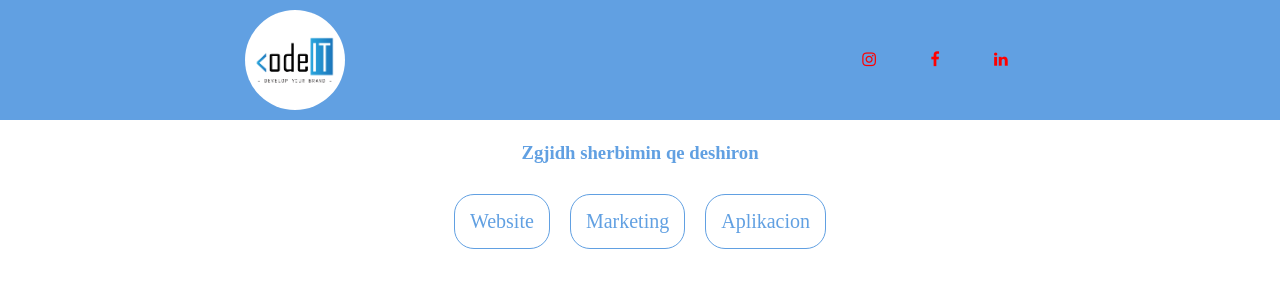
Repository: Edes2128/CODEIT-FINAL
Page: /
An editor plug-in stored every save of this project. The page is shown before and after a run of saves, followed by the edit.
The browser window is 1280 px wide. The pictures show the whole page.
The project was rebuilt for these pictures with package versions that can differ from the ones it lists, and the page was loaded fresh each time.

Above is the page before, as saved 2020-06-29 23:42:59.

After the next 3 saves:
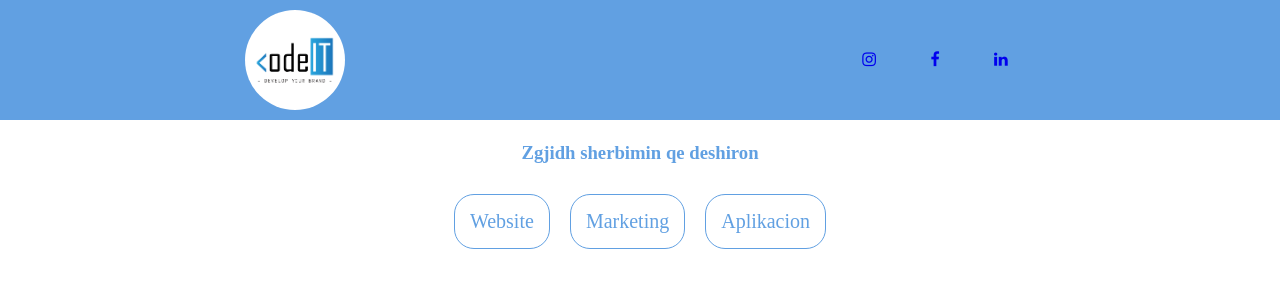
The 3 saves are shown as one change because they came seconds apart.
The last was saved 10 s later.
--- a/src/index.css
+++ b/src/index.css
@@ -75,5 +75,5 @@
 }
 
 .fa{
-  color: red;
+  font-size: 40px;
 }
